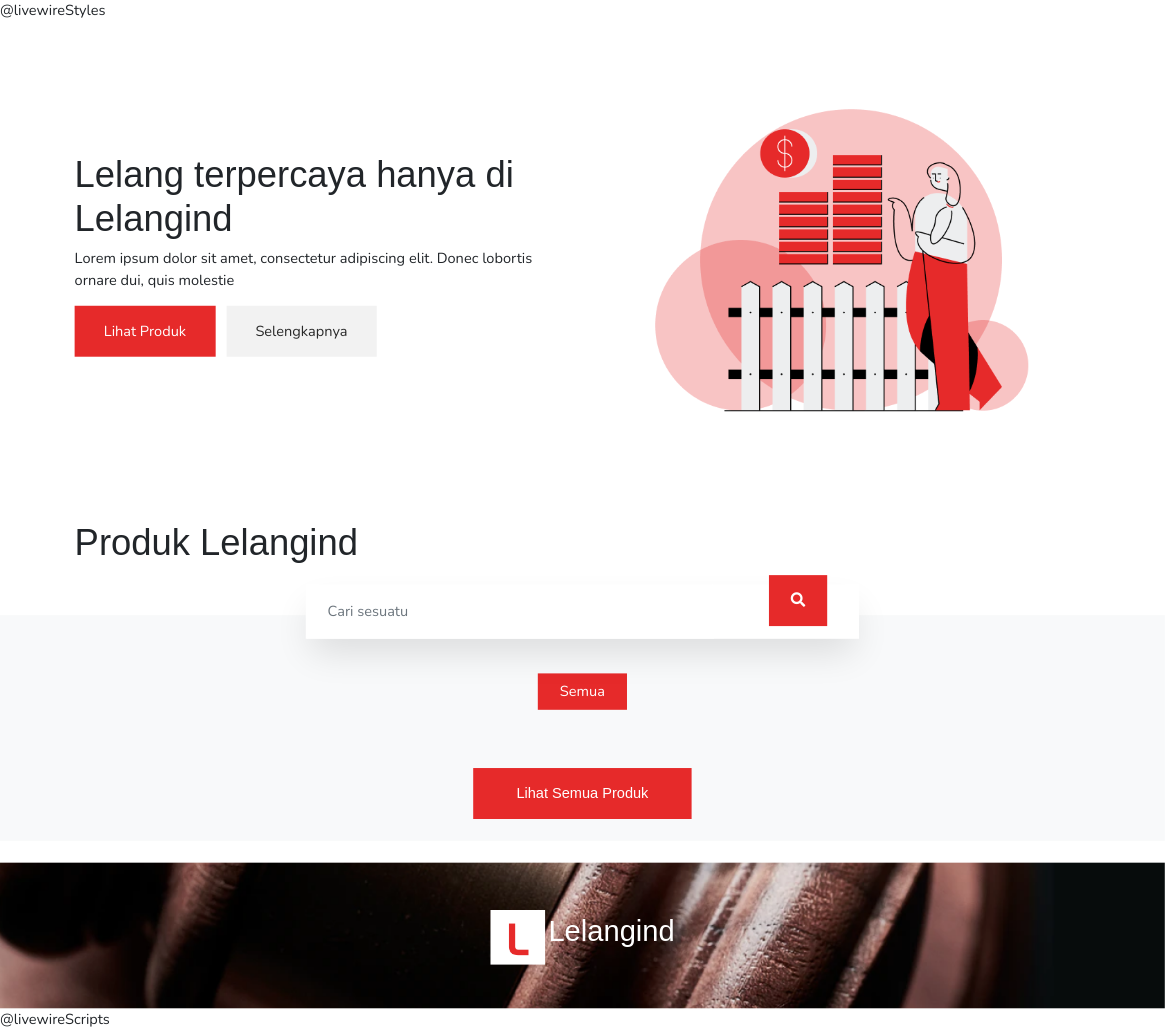
Repository: khulqu15/lelangyuk
Page: http://localhost/
The author's editor kept a copy of each file at every save. The page is drawn from the files as they stood at one save, then again after the next save.
The browser window is 1280 px wide. The pictures show the whole page, at 91% of full size.
Backgrounds fixed to the window are drawn as part of the page. Some web fonts or font styles are not loaded; a fallback is used. The page is served by the project's Laravel application, run on PHP 8.4 with Laravel 8. Other server files are loaded and not shown. Queries for data that is not in the repository find no rows.

Above is the page before, as saved 2021-02-15 16:01:50.

### routes/web.php
<?php

use App\Http\Controllers\PageController;
use App\Http\Livewire\Page\Home;
use Illuminate\Support\Facades\Route;

/*
|--------------------------------------------------------------------------
| Web Routes
|--------------------------------------------------------------------------
|
| Here is where you can register web routes for your application. These
| routes are loaded by the RouteServiceProvider within a group which
| contains the "web" middleware group. Now create something great!
|
*/

Route::get('/', [PageController::class, 'home'])->name('home');

Route::get('home', [Home::class, 'render']);

Route::middleware(['auth:sanctum', 'verified'])->get('/dashboard', function () {
    return view('dashboard');
})->name('dashboard');

### app/Http/Controllers/PageController.php
<?php

namespace App\Http\Controllers;

use App\Models\CategoryProduct;
use App\Models\Product;
use Illuminate\Http\Request;

class PageController extends Controller
{
    public $product;
    public $ctr;

    public function __construct(Product $product, CategoryProduct $category)
    {
        $this->ctr = $category;
        $this->product = $product;
    }

    public function home(Request $request)
    {
        $query = $this->product->query();
        $product = $query->with('Category');
        if($request->get('name')) {
            $products = $query->where('name', 'LIKE', "%".$request->get('name')."%");
        }
        if($request->get('category')) {
            $products = $query->where('category_id', $request->get('category'));
        }
        $products = $query->paginate(6);
        $categories = $this->ctr->paginate(4);
        return view('welcome', compact('products', 'categories'));
    }

    public function products(Request $request)
    {

    }

    public function product(Request $request)
    {

    }
}

### app/Http/Controllers/Controller.php
<?php

namespace App\Http\Controllers;

use GuzzleHttp\Exception\ClientException;
use Illuminate\Foundation\Auth\Access\AuthorizesRequests;
use Illuminate\Foundation\Bus\DispatchesJobs;
use Illuminate\Foundation\Validation\ValidatesRequests;
use Illuminate\Routing\Controller as BaseController;

class Controller extends BaseController
{
    use AuthorizesRequests, DispatchesJobs, ValidatesRequests;

    public function onSuccess($dataType, $data, $requestType = null)
    {
        if($requestType != null) {
            return response()->json([
                'status' => "$dataType $requestType",
                'code' => '200',
                'data' => $data
            ]);
        }
        if($data == null) {
            return response()->json([
                'status' => "$dataType Not Found",
                'code' => '404',
                'message' => "Data $dataType belum ada",
                'data' => $data
            ]);
        }
        return response()->json([
            'status' => "$dataType Founded",
            'code' => '200',
            'message' => "Data $dataType ditemukan",
            'data' => $data
        ]);
    }

    public function onError(\Exception $e)
    {
        if($e instanceof ClientException) {
            $nException = json_decode($e->getResponse()->getBody()->getContents(), true);
            if($nException) {
                $e = new \Exception($nException['reason'], $nException['code']);
            }
        }
        $exceptions = [
            'status' => 'Failed Error',
            'code' => $e->getCode(),
            'error' => $e->getMessage(),
        ];
        return response()->json($exceptions);
    }
}

### app/Models/Product.php
<?php

namespace App\Models;

use Illuminate\Database\Eloquent\Factories\HasFactory;
use Illuminate\Database\Eloquent\Model;

class Product extends Model
{
    use HasFactory;

    protected $table = 'products';

    protected $fillable = ['name', 'close', 'price', 'picture', 'description', 'category_id'];

    public function Category()
    {
        return $this->belongsTo(CategoryProduct::class, 'category_id');
    }
}

### app/Models/CategoryProduct.php
<?php

namespace App\Models;

use Illuminate\Database\Eloquent\Factories\HasFactory;
use Illuminate\Database\Eloquent\Model;

class CategoryProduct extends Model
{
    use HasFactory;

    protected $table = 'category_products';

    protected $fillable = ['name'];

    public function Product()
    {
        return $this->hasMany(Product::class, 'category_id');
    }
}

### resources/views/welcome.blade.php
@extends('layouts.general')

@section('title', 'Beranda')

@section('content')

<div class="container py-5">
    <div class="row pt-5 pb-4">
        <div class="col-md-6 pt-5">
            <h1 class="viga">Lelang terpercaya hanya di Lelangind</h1>
            <p>Lorem ipsum dolor sit amet, consectetur adipiscing elit. Donec lobortis ornare dui, quis molestie </p>
            <button class="btn btnm-primary">Lihat Produk</button>
            <button class="btn btnm-light mx-2">Selengkapnya</button>
        </div>
        <div class="col-md-6 py-md-0 py-4 text-center">
            <img src="{{ asset('img/illust/home.png') }}" class="w-75" alt="">
        </div>
    </div>
</div>

<div class="container mt-5">
    <div class="row">
        <div class="col-md-12">
            <h1 class="viga">Produk Lelangind</h1>
        </div>
    </div>
</div>

<div class="container-fluid mt-5 pt-3 bg-light">
    <div class="container">
        <div class="row">
            <div class="col-md-8 offset-md-2 text-center position-relative">
                <div class="input-search-home">
                    <form action="{{ route('home') }}" method="GET">
                        <div class="row">
                            <div class="col-9">
                                <input value="{{ request()->get('name') == null ? null : request()->get('name') }}"
                                type="text" name="name" placeholder="Cari sesuatu" class="form-control px-4 border-0">
                            </div>
                            <div class="col-3">
                                @if (Request::get('name') == null)
                                    <button type="submit" class="btn btnm-primary px-4">
                                        <i class="fas fa-search"></i>
                                    </button>
                                @else
                                    <a href="{{ route('home') }}" type="button" class="btn btnm-light px-4">
                                        <i class="fas fa-undo"></i>
                                    </a>
                                @endif
                            </div>
                        </div>
                    </form>
                </div>
                <div class="pt-5 pb-3">
                    <a href="{{ route('home') }}" class="btn {{ request()->get('category') == null ? 'btnm-primary' : 'btnm-light' }} btnm-primary my-md-0 my-2 mx-2 px-4 py-2">Semua</a>
                    @foreach ($categories as $category)
                        <a href="{{ route('home', ['category' => $category->id]) }}"
                        class="btn {{ request()->get('category') == $category->id ? 'btnm-primary' : 'btnm-light' }} my-md-0 my-2 mx-2 px-4 py-2">{{ $category->name }}</a>
                    @endforeach
                </div>
            </div>
        </div>
        <div class="row my-4">
            @foreach ($products as $product)
            <div class="col-md-4 col-sm-6 my-2">
                <div class="card card-product border-0 cursor-point mb-4">
                    <div class="image">
                        <img src="{{ asset('img/product/'.$product->picture) }}" class="w-100 image-fit-card" alt="Produk">
                    </div>
                    <div class="body p-4">
                        <h4 class="viga">{{ $product->name }}</h4>
                        <div>
                            <div class="line-category"></div>
                            <p class="mb-0 d-inline-block textm-gray position-relative" style="top: 3px">{{ $product->category->name }}</p>
                        </div>
                        <div class="mt-4">
                            <h5 class="viga textm-primary">Rp {{ number_format($product->price) }},-</h5>
                        </div>
                        <button class="btn viga btnm-primary py-3 px-5 position-absolute" style="right:0; bottom: -16px">Lebih Detail</button>
                    </div>
                </div>
            </div>
            @endforeach
            <div class="col-12 text-center py-4">
                <button class="btn btnm-primary px-5 py-3 viga">Lihat Semua Produk</button>
            </div>
        </div>
    </div>
</div>

<div class="container-fluid py-5 bg-hammer-bottom">
    <div class="row">
        <div class="col-md-8 offset-md-2 text-center">
            <img src="{{ asset('img/logo-white.png') }}" class="d-inline-block" width="60px" alt="Logo">
            <h2 class="viga d-inline-block text-white mb-0 mt-2">Lelangind</h2>
        </div>
    </div>
</div>

@endsection

### resources/views/layouts/general.blade.php
<!DOCTYPE html>
<html lang="{{ str_replace('_', '-', app()->getLocale()) }}">
    <head>
        <meta charset="utf-8">
        <meta name="viewport" content="width=device-width, initial-scale=1">

        <title>Lelangind | @yield('title')</title>

        <link rel="shortcut icon" href="{{ asset('img/logo.png') }}" type="image/x-icon">

        <!-- Fonts -->
        <link href="https://fonts.googleapis.com/css2?family=Nunito:wght@400;600;700&display=swap" rel="stylesheet">
        <link href="https://fonts.googleapis.com/css2?family=Viga:wght@400;600;700&display=swap" rel="stylesheet">

        {{-- Scripts --}}
        <script src="{{ asset('js/jquery-3.5.1.min.js') }}"></script>
        <script src="{{ asset('js/bootstrap.min.js') }}"></script>
        <script src="{{ asset('js/all.min.js') }}"></script>
        <script src="{{ asset('js/fontawesome.min.js') }}"></script>

        @yield('asset')

        <!-- Styles -->
        <link rel="stylesheet" href="{{ asset('css/bootstrap.min.css') }}">
        <link rel="stylesheet" href="{{ asset('css/all.min.css') }}">
        <link rel="stylesheet" href="{{ asset('css/fontawesome.min.css') }}">
        <link rel="stylesheet" href="{{ asset('css/style.css') }}">
        <style>
            /*! normalize.css v8.0.1 | MIT License | github.com/necolas/normalize.css */html{line-height:1.15;-webkit-text-size-adjust:100%}body{margin:0}a{background-color:transparent}[hidden]{display:none}html{font-family:system-ui,-apple-system,BlinkMacSystemFont,Segoe UI,Roboto,Helvetica Neue,Arial,Noto Sans,sans-serif,Apple Color Emoji,Segoe UI Emoji,Segoe UI Symbol,Noto Color Emoji;line-height:1.5}*,:after,:before{box-sizing:border-box;border:0 solid #e2e8f0}a{color:inherit;text-decoration:inherit}svg,video{display:block;vertical-align:middle}video{max-width:100%;height:auto}.bg-white{--bg-opacity:1;background-color:#fff;background-color:rgba(255,255,255,var(--bg-opacity))}.bg-gray-100{--bg-opacity:1;background-color:#f7fafc;background-color:rgba(247,250,252,var(--bg-opacity))}.border-gray-200{--border-opacity:1;border-color:#edf2f7;border-color:rgba(237,242,247,var(--border-opacity))}.border-t{border-top-width:1px}.flex{display:flex}.grid{display:grid}.hidden{display:none}.items-center{align-items:center}.justify-center{justify-content:center}.font-semibold{font-weight:600}.h-5{height:1.25rem}.h-8{height:2rem}.h-16{height:4rem}.text-sm{font-size:.875rem}.text-lg{font-size:1.125rem}.leading-7{line-height:1.75rem}.mx-auto{margin-left:auto;margin-right:auto}.ml-1{margin-left:.25rem}.mt-2{margin-top:.5rem}.mr-2{margin-right:.5rem}.ml-2{margin-left:.5rem}.mt-4{margin-top:1rem}.ml-4{margin-left:1rem}.mt-8{margin-top:2rem}.ml-12{margin-left:3rem}.-mt-px{margin-top:-1px}.max-w-6xl{max-width:72rem}.min-h-screen{min-height:100vh}.overflow-hidden{overflow:hidden}.p-6{padding:1.5rem}.py-4{padding-top:1rem;padding-bottom:1rem}.px-6{padding-left:1.5rem;padding-right:1.5rem}.pt-8{padding-top:2rem}.fixed{position:fixed}.relative{position:relative}.top-0{top:0}.right-0{right:0}.shadow{box-shadow:0 1px 3px 0 rgba(0,0,0,.1),0 1px 2px 0 rgba(0,0,0,.06)}.text-center{text-align:center}.text-gray-200{--text-opacity:1;color:#edf2f7;color:rgba(237,242,247,var(--text-opacity))}.text-gray-300{--text-opacity:1;color:#e2e8f0;color:rgba(226,232,240,var(--text-opacity))}.text-gray-400{--text-opacity:1;color:#cbd5e0;color:rgba(203,213,224,var(--text-opacity))}.text-gray-500{--text-opacity:1;color:#a0aec0;color:rgba(160,174,192,var(--text-opacity))}.text-gray-600{--text-opacity:1;color:#718096;color:rgba(113,128,150,var(--text-opacity))}.text-gray-700{--text-opacity:1;color:#4a5568;color:rgba(74,85,104,var(--text-opacity))}.text-gray-900{--text-opacity:1;color:#1a202c;color:rgba(26,32,44,var(--text-opacity))}.underline{text-decoration:underline}.antialiased{-webkit-font-smoothing:antialiased;-moz-osx-font-smoothing:grayscale}.w-5{width:1.25rem}.w-8{width:2rem}.w-auto{width:auto}.grid-cols-1{grid-template-columns:repeat(1,minmax(0,1fr))}@media (min-width:640px){.sm\:rounded-lg{border-radius:.5rem}.sm\:block{display:block}.sm\:items-center{align-items:center}.sm\:justify-start{justify-content:flex-start}.sm\:justify-between{justify-content:space-between}.sm\:h-20{height:5rem}.sm\:ml-0{margin-left:0}.sm\:px-6{padding-left:1.5rem;padding-right:1.5rem}.sm\:pt-0{padding-top:0}.sm\:text-left{text-align:left}.sm\:text-right{text-align:right}}@media (min-width:768px){.md\:border-t-0{border-top-width:0}.md\:border-l{border-left-width:1px}.md\:grid-cols-2{grid-template-columns:repeat(2,minmax(0,1fr))}}@media (min-width:1024px){.lg\:px-8{padding-left:2rem;padding-right:2rem}}@media (prefers-color-scheme:dark){.dark\:bg-gray-800{--bg-opacity:1;background-color:#2d3748;background-color:rgba(45,55,72,var(--bg-opacity))}.dark\:bg-gray-900{--bg-opacity:1;background-color:#1a202c;background-color:rgba(26,32,44,var(--bg-opacity))}.dark\:border-gray-700{--border-opacity:1;border-color:#4a5568;border-color:rgba(74,85,104,var(--border-opacity))}.dark\:text-white{--text-opacity:1;color:#fff;color:rgba(255,255,255,var(--text-opacity))}.dark\:text-gray-400{--text-opacity:1;color:#cbd5e0;color:rgba(203,213,224,var(--text-opacity))}}
        </style>

        <style>
            body {
                font-family: 'Nunito';
            }
        </style>
        @livewireStyles
    </head>
    <body class="antialiased">

        @yield('content')

    @livewireScripts
    </body>
</html>

### public/css/style.css
.viga {
    font-family: 'Viga', sans-serif;
}
.bgm-primary {
    background-color: #E62A2A !important;
}
.btnm-primary {
    border: none;
    border-radius: 0px !important;
    transition: all .3s ease-in-out;
    background-color: #E62A2A !important;
    padding: 1rem 2rem;
    color: white;
}
.cursor-point {
    cursor: pointer;
}
.btnm-primary:hover {
    color: white !important;
    background-color: #c01c1c !important;
}
.btnm-light {
    border: none;
    border-radius: 0px !important;
    transition: all .3s ease-in-out;
    background-color: #f2f2f2 !important;
    padding: 1rem 2rem;
    color: #292929;
}
.btnm-light:hover {
    color: #292929 !important;
    background-color: #c2c2c2 !important;
}
.textm-primary {
    color: #E62A2A !important;
}
.textm-gray {
    color: gray !important;
}

.input-search-home {
    width: 80%;
    position: absolute;
    left: 10%;
    height: 60px;
    box-shadow: 0px 20px 40px -6px rgba(0, 0, 0, 0.12);
    top: -50px;
    background-color: white;
}
.input-search-home input {
    height: 60px;
}
.input-search-home button,
.input-search-home a {
    position: relative;
    top: -10px;
}


.card-product {
    width: 100%;
    transition: all .3s ease-in-out;
    height: 370px;
    background-color: white;
}
.card-product:hover {
    box-shadow: 12px 24px 48px rgba(0, 0, 0, 0.09);
}
.card-product .image {
    width: 100%;
    height: 170px;
    background-color: #f36c6c;
    overflow: hidden;
}
.card-product .image img {
    transition: all .3s ease-in-out;
}
.card-product .image:hover img {
    transform: scale(1.1);
    opacity: .6;
}
.image-fit-card {
    width: 100%;
    height: 100%;
    object-fit: cover !important;
}
.card-product .line-category {
    display: inline-block;
    width: 20px;
    height: 3px;
    background-color: gray;
}

.bg-hammer-bottom {
    background: url('../img/wallpaper/hammer.png');
    background-attachment: fixed;
    background-position: center;
    background-size: cover;
}

Loaded but not shown: public/js/jquery-3.5.1.min.js (library); public/js/bootstrap.min.js (library); public/js/fontawesome.min.js (library); public/css/bootstrap.min.css (library); public/css/all.min.css (library); public/css/fontawesome.min.css (library)

After the next save:
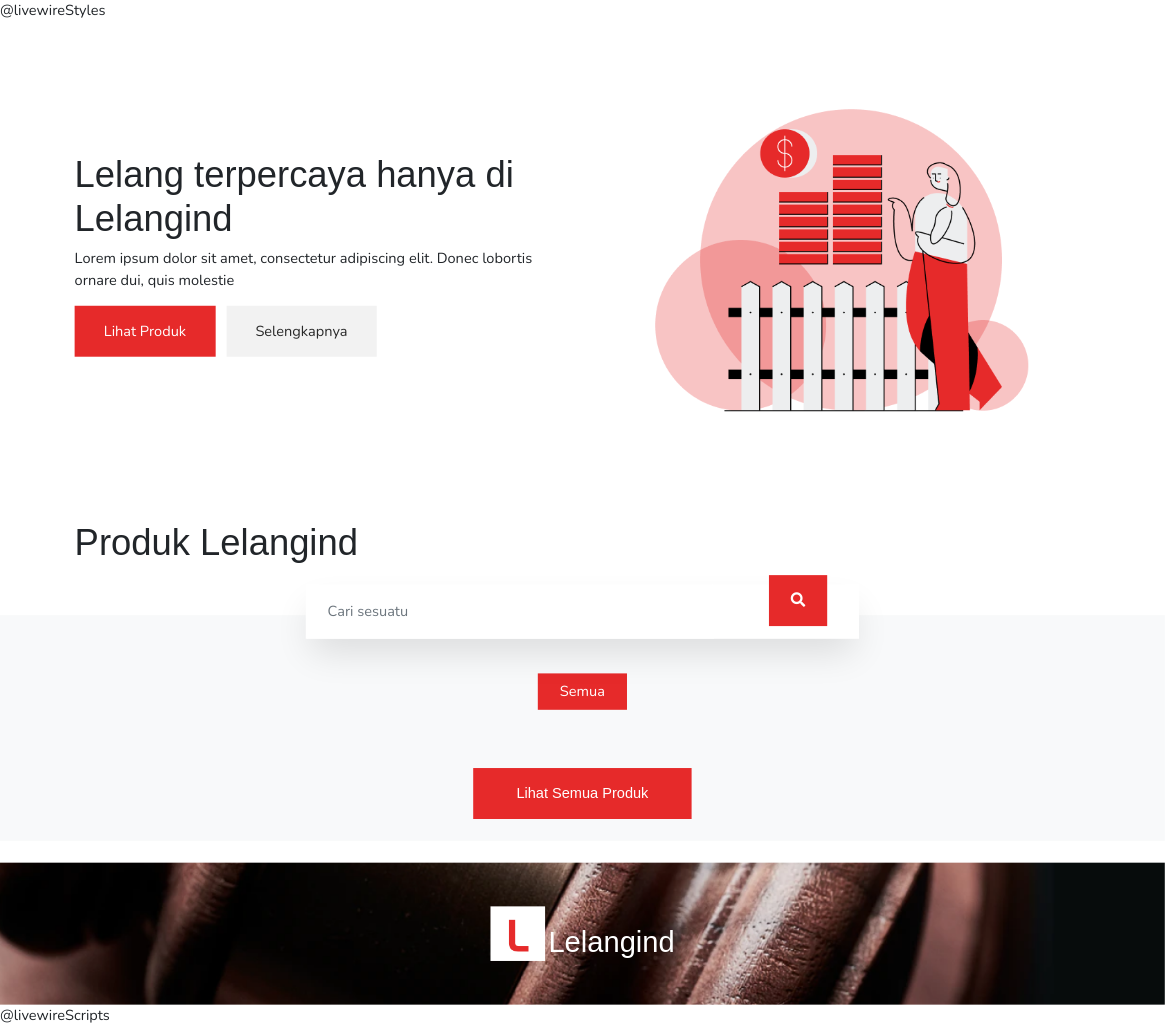
Saved 18 s later.
--- a/resources/views/welcome.blade.php
+++ b/resources/views/welcome.blade.php
@@ -92,7 +92,7 @@
     <div class="row">
         <div class="col-md-8 offset-md-2 text-center">
             <img src="{{ asset('img/logo-white.png') }}" class="d-inline-block" width="60px" alt="Logo">
-            <h2 class="viga d-inline-block text-white mb-0 mt-2">Lelangind</h2>
+            <h2 class="viga d-inline-block text-white mb-0 position-relative" style="top: 16px">Lelangind</h2>
         </div>
     </div>
 </div>
